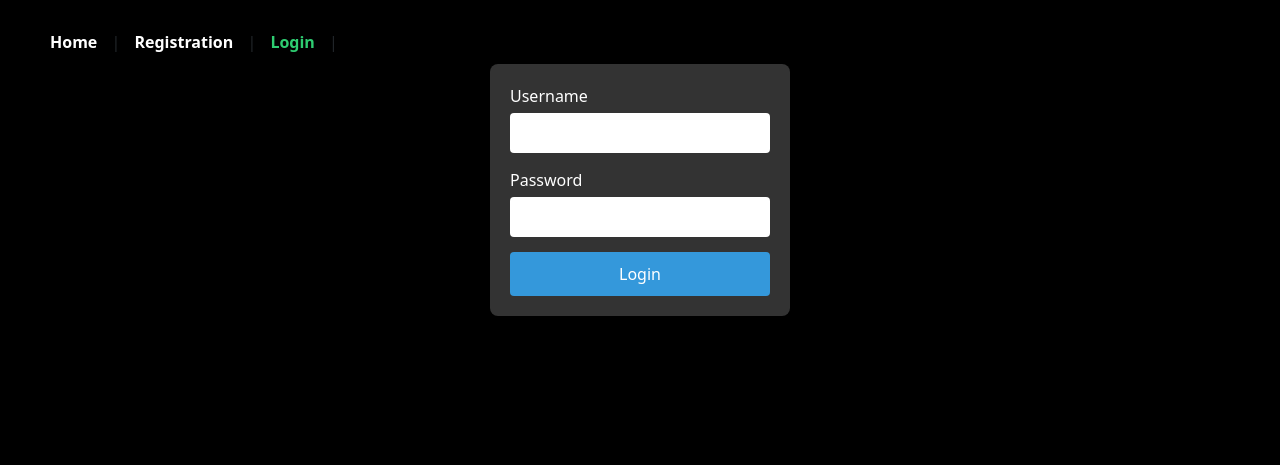
Repository: ag1372/RutgersHealthHackathon
Page: /login (app in ruhealthhack/)
These files come from the project's save history. The page is drawn as it stood at one moment and after a run of saves; the edit follows.
The browser window is 1280 px wide. The pictures show the whole page.
The project was rebuilt for these pictures with package versions that can differ from the ones it lists, and the page was loaded fresh each time. Also part of the build but not shown: ruhealthhack/vue.config.js, ruhealthhack/views/Home.vue, ruhealthhack/views/Registration.vue.

Above is the page before, as saved 2023-11-04 17:03:01.

### ruhealthhack/public/index.html
<!DOCTYPE html>
<html lang="">
  <head>
    <meta charset="utf-8">
    <meta http-equiv="X-UA-Compatible" content="IE=edge">
    <meta name="viewport" content="width=device-width,initial-scale=1.0">
    <!-- <link rel="stylesheet" href="/styles.css"> -->
  </head>
  <body>
    <div id="app"></div>
  </body>
</html>

### ruhealthhack/src/main.js
import { createApp } from 'vue';
import App from './App.vue';
import router from './router';
import '/styles.css';
import 'bootstrap/dist/css/bootstrap.min.css';
import 'bootstrap';


const app = createApp(App);
app.use(router);
app.mount('#app');

### ruhealthhack/src/App.vue
<template>

  <nav>
      <router-link to="/"> Home </router-link> |
      <router-link to="/registration">Registration</router-link> |
      <router-link to="/login">Login</router-link> |
  </nav>
    <router-view></router-view>
</template>

<script>

</script>

### ruhealthhack/src/router/index.js
// src/router/index.js
import { createRouter, createWebHistory } from 'vue-router';
import Home from '/views/Home.vue';
import Login from '/views/Login.vue';
import Registration from '/views/Registration.vue';

// Create a new router instance with our route definitions
const router = createRouter({
  history: createWebHistory(), // Use the history mode to avoid hashes in URLs
  routes: [
    {
      path: '/',
      name: 'Home',
      component: Home,
    },
    {
      path: '/login',
      name: 'Login',
      component: Login,
    },
    {
      path: '/registration',
      name: 'Registration',
      component: Registration,
    },
    // Add more routes as needed
  ],
});

export default router;

### ruhealthhack/styles.css
/* styles.css */
body {
    margin: 0;
    font-family: 'Helvetica Neue', Helvetica, Arial, sans-serif;
    color: white;
  }

  #app {
    text-align: left;
    padding: 20px;
    min-height: 100vh; /* This ensures that the app element covers the whole viewport height */
    background-color: #000;

  }

  nav {
    background-color: #000;
    padding: 10px 20px;
  }

  nav a {
    color: white;
    text-decoration: none;
    margin: 0 10px;
    font-weight: bold;
  }

  nav a:hover {
    color: #3498db;
  }

  nav a.router-link-exact-active {
    color: #2ecc71;
  }

### ruhealthhack/views/Login.vue
<template>
    <div class="login-container">
      <form @submit.prevent="login">
        <div class="form-group">
          <label for="username">Username</label>
          <input type="text" id="username" v-model="credentials.username" required>
        </div>
        <div class="form-group">
          <label for="password">Password</label>
          <input type="password" id="password" v-model="credentials.password" required>
        </div>
        <button type="submit">Login</button>
      </form>
    </div>
  </template>

  <script>
  export default {
    name: 'HomeLogin',
    data() {
      return {
        credentials: {
          username: '',
          password: ''
        }
      };
    },
    methods: {
      login() {
        // Handle login logic here
        console.log('Logging in with:', this.credentials);
        // You would replace the above console.log with actual login logic
      }
    }
  }
  </script>

  <style scoped>
  .login-container {
    max-width: 300px;
    margin: auto;
    padding: 20px;
    background-color: #333;
    color: white;
    border-radius: 8px;
    box-shadow: 0 2px 10px rgba(0, 0, 0, 0.3);
  }

  .form-group {
    margin-bottom: 15px;
  }

  label {
    display: block;
  }

  input[type="text"],
  input[type="password"] {
    width: 100%;
    padding: 8px;
    margin-top: 5px;
    border-radius: 4px;
    border: none;
  }

  button {
    width: 100%;
    padding: 10px;
    border: none;
    border-radius: 4px;
    background-color: #3498db;
    color: white;
    cursor: pointer;
  }

  button:hover {
    background-color: #2980b9;
  }
  </style>

After the next 5 saves:
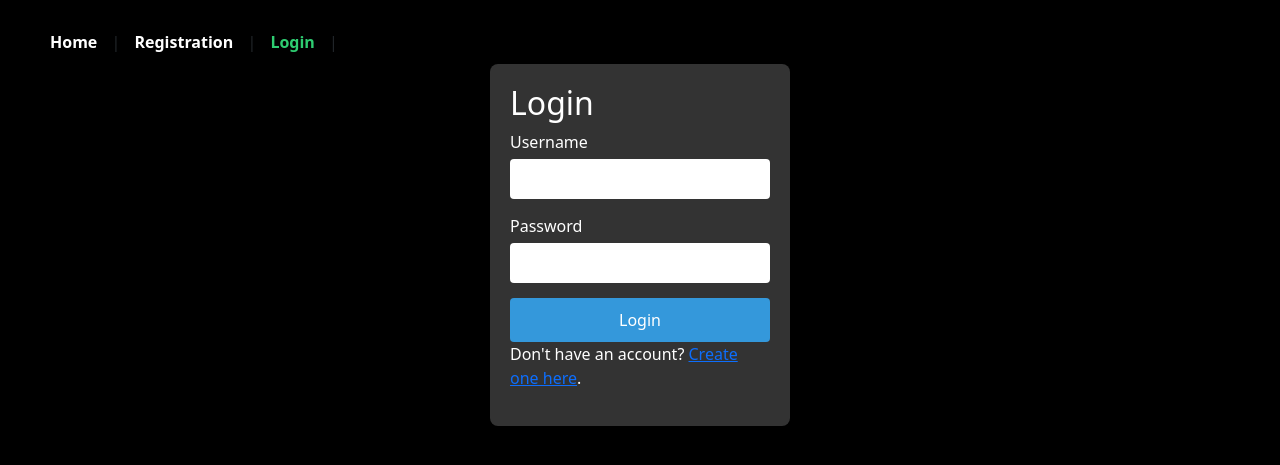
The 5 saves are shown as one change because 4 did not build or start.
The last was saved 8 min 1 s later.
--- a/ruhealthhack/views/Login.vue
+++ b/ruhealthhack/views/Login.vue
@@ -1,5 +1,6 @@
 <template>
     <div class="login-container">
+      <h2>Login</h2>
       <form @submit.prevent="login">
         <div class="form-group">
           <label for="username">Username</label>
@@ -11,69 +12,80 @@
         </div>
         <button type="submit">Login</button>
       </form>
+      <p>
+        Don't have an account? <router-link to="/registration">Create one here</router-link>.
+      </p>
     </div>
   </template>
 
   <script>
-  export default {
-    name: 'HomeLogin',
-    data() {
-      return {
-        credentials: {
-          username: '',
-          password: ''
-        }
-      };
-    },
-    methods: {
-      login() {
-        // Handle login logic here
-        console.log('Logging in with:', this.credentials);
-        // You would replace the above console.log with actual login logic
+export default {
+  name: 'HomeLogin',
+  data() {
+    return {
+      credentials: {
+        username: '',
+        password: ''
       }
+    };
+  },
+  methods: {
+    login() {
+      // Handle login logic here
+      console.log('Logging in with:', this.credentials);
+      // You would replace the above console.log with actual login logic
     }
   }
-  </script>
+}  </script>
 
   <style scoped>
-  .login-container {
-    max-width: 300px;
-    margin: auto;
-    padding: 20px;
-    background-color: #333;
-    color: white;
-    border-radius: 8px;
-    box-shadow: 0 2px 10px rgba(0, 0, 0, 0.3);
+.login-container {
+  max-width: 300px;
+  margin: auto;
+  padding: 20px;
+  background-color: #333;
+  color: white;
+  border-radius: 8px;
+  box-shadow: 0 2px 10px rgba(0, 0, 0, 0.3);
+}
+
+.form-group {
+  margin-bottom: 15px;
+}
+
+label {
+  display: block;
+}
+
+input[type="text"],
+input[type="password"] {
+  width: 100%;
+  padding: 8px;
+  margin-top: 5px;
+  border-radius: 4px;
+  border: none;
+}
+
+button {
+  width: 100%;
+  padding: 10px;
+  border: none;
+  border-radius: 4px;
+  background-color: #3498db;
+  color: white;
+  cursor: pointer;
+}
+
+button:hover {
+  background-color: #2980b9;
+}
+
+  .router-link {
+    color: #3498db;
+    text-decoration: none;
   }
 
-  .form-group {
-    margin-bottom: 15px;
-  }
-
-  label {
-    display: block;
-  }
-
-  input[type="text"],
-  input[type="password"] {
-    width: 100%;
-    padding: 8px;
-    margin-top: 5px;
-    border-radius: 4px;
-    border: none;
-  }
-
-  button {
-    width: 100%;
-    padding: 10px;
-    border: none;
-    border-radius: 4px;
-    background-color: #3498db;
-    color: white;
-    cursor: pointer;
-  }
-
-  button:hover {
-    background-color: #2980b9;
+  .router-link:hover {
+    text-decoration: underline;
   }
   </style>

After the 6 saves that followed:
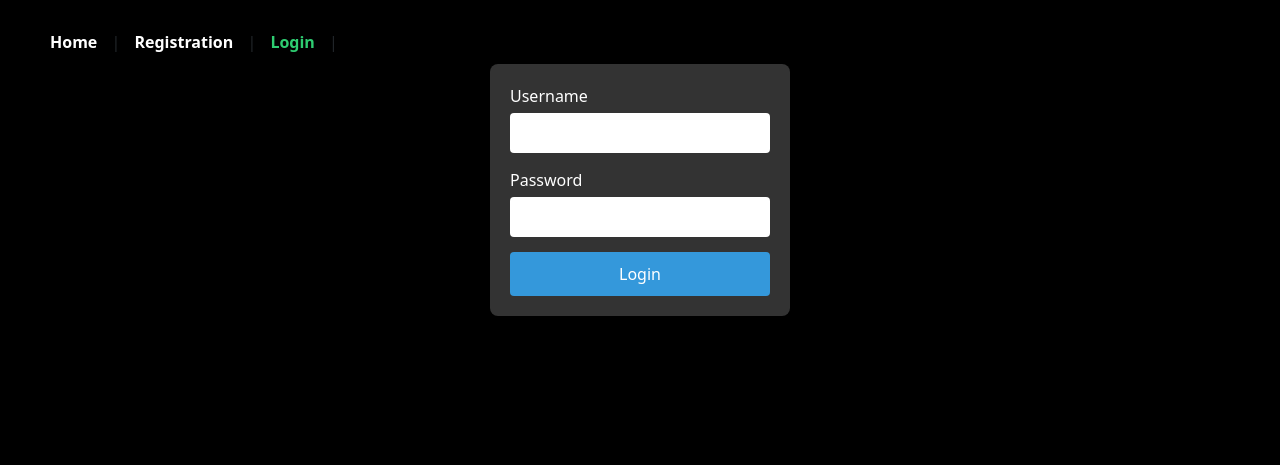
The 6 saves are shown as one change because 1 did not build or start and some came seconds apart.
The last was saved 32 s later.
--- a/ruhealthhack/views/Login.vue
+++ b/ruhealthhack/views/Login.vue
@@ -1,6 +1,5 @@
 <template>
     <div class="login-container">
-      <h2>Login</h2>
       <form @submit.prevent="login">
         <div class="form-group">
           <label for="username">Username</label>
@@ -12,80 +11,69 @@
         </div>
         <button type="submit">Login</button>
       </form>
-      <p>
-        Don't have an account? <router-link to="/registration">Create one here</router-link>.
-      </p>
     </div>
   </template>
 
   <script>
-export default {
-  name: 'HomeLogin',
-  data() {
-    return {
-      credentials: {
-        username: '',
-        password: ''
+  export default {
+    name: 'HomeLogin',
+    data() {
+      return {
+        credentials: {
+          username: '',
+          password: ''
+        }
+      };
+    },
+    methods: {
+      login() {
+        // Handle login logic here
+        console.log('Logging in with:', this.credentials);
+        // You would replace the above console.log with actual login logic
       }
-    };
-  },
-  methods: {
-    login() {
-      // Handle login logic here
-      console.log('Logging in with:', this.credentials);
-      // You would replace the above console.log with actual login logic
     }
   }
-}  </script>
+  </script>
 
   <style scoped>
-.login-container {
-  max-width: 300px;
-  margin: auto;
-  padding: 20px;
-  background-color: #333;
-  color: white;
-  border-radius: 8px;
-  box-shadow: 0 2px 10px rgba(0, 0, 0, 0.3);
-}
-
-.form-group {
-  margin-bottom: 15px;
-}
-
-label {
-  display: block;
-}
-
-input[type="text"],
-input[type="password"] {
-  width: 100%;
-  padding: 8px;
-  margin-top: 5px;
-  border-radius: 4px;
-  border: none;
-}
-
-button {
-  width: 100%;
-  padding: 10px;
-  border: none;
-  border-radius: 4px;
-  background-color: #3498db;
-  color: white;
-  cursor: pointer;
-}
-
-button:hover {
-  background-color: #2980b9;
-}
-
-  .router-link {
-    color: #3498db;
-    text-decoration: none;
+  .login-container {
+    max-width: 300px;
+    margin: auto;
+    padding: 20px;
+    background-color: #333;
+    color: white;
+    border-radius: 8px;
+    box-shadow: 0 2px 10px rgba(0, 0, 0, 0.3);
   }
 
-  .router-link:hover {
-    text-decoration: underline;
+  .form-group {
+    margin-bottom: 15px;
+  }
+
+  label {
+    display: block;
+  }
+
+  input[type="text"],
+  input[type="password"] {
+    width: 100%;
+    padding: 8px;
+    margin-top: 5px;
+    border-radius: 4px;
+    border: none;
+  }
+
+  button {
+    width: 100%;
+    padding: 10px;
+    border: none;
+    border-radius: 4px;
+    background-color: #3498db;
+    color: white;
+    cursor: pointer;
+  }
+
+  button:hover {
+    background-color: #2980b9;
   }
   </style>
